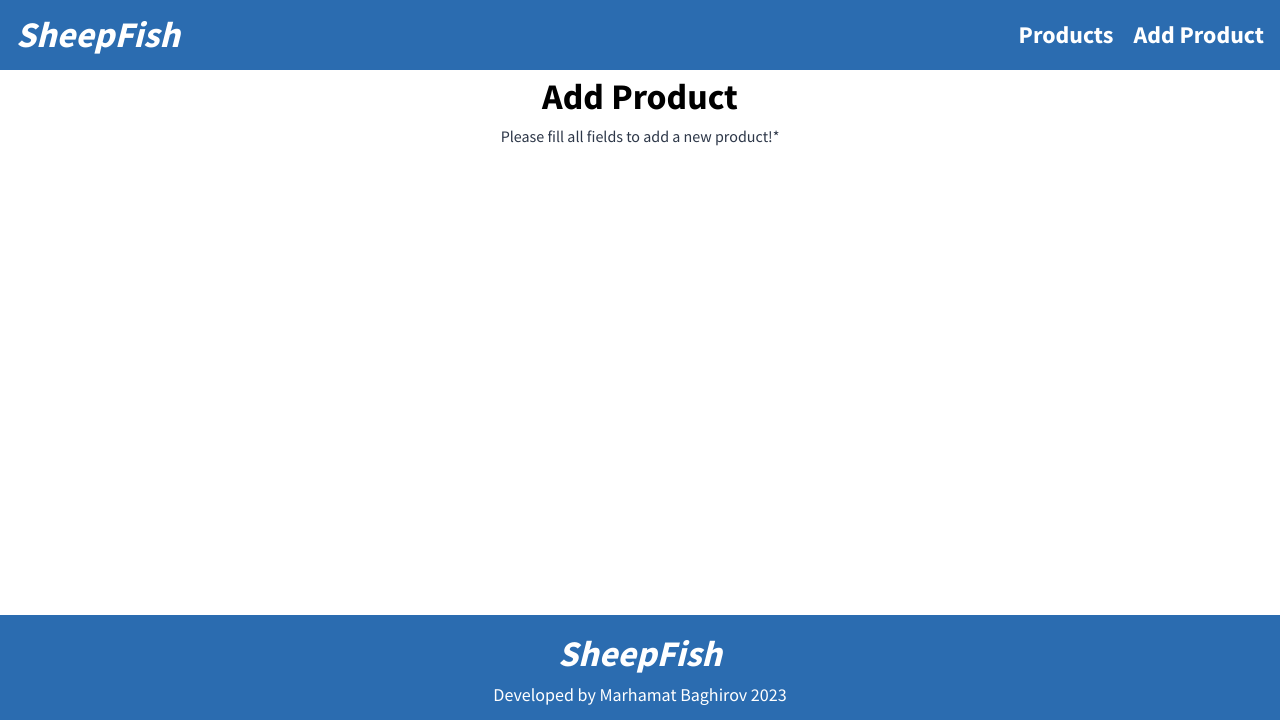
Repository: Marhamat92/sheep-fish-task
Page: /products/add
These files come from the project's save history. The page is drawn as it stood at one moment and after the next save; the edit follows.
The browser window is 1280 px wide. The pictures show the whole page.
The project was rebuilt for these pictures with package versions that can differ from the ones it lists, and the page was loaded fresh each time. Also part of the build but not shown: src/App.css, src/components/SearchField.tsx, src/components/ListTable.tsx, src/pages/Products/ProductList.tsx.

Above is the page before, as saved 2023-03-28 19:39:39.

### public/index.html
<!DOCTYPE html>
<html lang="en">

<head>
  <meta charset="utf-8" />
  <link rel="icon" href="%PUBLIC_URL%/favicon.ico" />
  <meta name="viewport" content="width=device-width, initial-scale=1" />
  <meta name="theme-color" content="#000000" />
  <meta name="description" content="Web site created using create-react-app" />
  <link rel="apple-touch-icon" href="%PUBLIC_URL%/logo192.png" />
  <link rel="preconnect" href="https://fonts.googleapis.com">
  <link rel="preconnect" href="https://fonts.gstatic.com" crossorigin>
  <link href="https://fonts.googleapis.com/css2?family=Source+Sans+Pro:wght@200;300;400;600;700;900&display=swap"
    rel="stylesheet">
  <!--
      manifest.json provides metadata used when your web app is installed on a
      user's mobile device or desktop. See https://developers.google.com/web/fundamentals/web-app-manifest/
    -->
  <link rel="manifest" href="%PUBLIC_URL%/manifest.json" />
  <!--
      Notice the use of %PUBLIC_URL% in the tags above.
      It will be replaced with the URL of the `public` folder during the build.
      Only files inside the `public` folder can be referenced from the HTML.

      Unlike "/favicon.ico" or "favicon.ico", "%PUBLIC_URL%/favicon.ico" will
      work correctly both with client-side routing and a non-root public URL.
      Learn how to configure a non-root public URL by running `npm run build`.
    -->
  <title>SheepFish</title>
</head>

<body>
  <noscript>You need to enable JavaScript to run this app.</noscript>
  <div id="root"></div>
  <!--
      This HTML file is a template.
      If you open it directly in the browser, you will see an empty page.

      You can add webfonts, meta tags, or analytics to this file.
      The build step will place the bundled scripts into the <body> tag.

      To begin the development, run `npm start` or `yarn start`.
      To create a production bundle, use `npm run build` or `yarn build`.
    -->
</body>

</html>

### src/index.css
@tailwind base;
@tailwind components;
@tailwind utilities;


body {
  font-family: 'Source Sans Pro', sans-serif;
}

code {
  font-family: 'Source Sans Pro', sans-serif;
}

### src/App.tsx
import React from "react";
import logo from "./logo.svg";
import "./App.css";
import Header from "./components/Header";
import Layout from "./Layout/Layout";
import BaseRouter from "./routes";

function App() {
  return (
    <div>
      <Layout>
        <BaseRouter />
      </Layout>
    </div>
  );
}

export default App;

### src/Layout/Layout.tsx
import React from "react";
import Header from "../components/Header";
import Footer from "../components/Footer";

type Props = {
  children: React.ReactNode;
};

const Layout = ({ children }: Props) => {
  return (
    <div>
      <Header />
      {children}
      <Footer />
    </div>
  );
};

export default Layout;

### src/routes.js
import { Route, Routes } from "react-router-dom";
import React from "react";
import ProductList from "./pages/Products/ProductList";
import AddProduct from "./pages/Products/AddProduct";

const BaseRouter = () => (
  <Routes>
    <Route exact path="/" element={
      <ProductList />
    } />
    <Route exact path="/products"
      element={
        <ProductList />
      }
    />
    <Route exact path="/products/add" element={
      <AddProduct />
    } />
  </Routes>
);

export default BaseRouter;

### src/components/Header.tsx
import React, { useEffect, useState } from "react";
import { Link } from "react-router-dom";
import { BiMenu } from "react-icons/bi";

type Props = {};

const Header = (props: Props) => {
  const [mobileMenu, setMobileMenu] = useState(false);
  const [showMobileMenu, setShowMobileMenu] = useState(false);

  const checkScreenSize = () => {
    if (window.innerWidth <= 768) {
      setMobileMenu(true);
    } else {
      setMobileMenu(false);
      setShowMobileMenu(false);
    }
  };

  useEffect(() => {
    checkScreenSize();
    window.addEventListener("resize", checkScreenSize);
    return () => {
      window.removeEventListener("resize", checkScreenSize);
    };
  }, [mobileMenu]);

  return (
    <div className=' bg-mainPrimary '>
      <div className='container flex flex-row justify-between items-center py-2'>
        <div>
          <h1
            className='
            text-4xl font-bold text-white italic
          '
          >
            SheepFish
          </h1>
        </div>
        {mobileMenu ? (
          <BiMenu
            onClick={() => {
              setShowMobileMenu(true);
            }}
            className='text-3xl text-white'
          />
        ) : (
          <div className='flex flex-row justify-between space-x-5'>
            <Link to='/products'>
              <div
                className='text-2xl font-bold text-white hover:underline transition-all duration-300
          cursor-pointer'
              >
                Products
              </div>
            </Link>
            <Link to='/products/add'>
              <div className='text-2xl font-bold text-white hover:underline transition-all duration-300 cursor-pointer'>
                Add Product
              </div>
            </Link>
          </div>
        )}
        {showMobileMenu && (
          <div className='bg-mainTertiary h-screen absolute top-0 left-0 right-0 '>
            <div className='flex flex-col justify-center items-center'>
              <div className='text-2xl font-bold text-white hover:underline transition-all duration-300 cursor-pointer'>
                Products
              </div>
              <div className='text-2xl font-bold text-white hover:underline transition-all duration-300 cursor-pointer'>
                Add Product
              </div>
            </div>
          </div>
        )}
      </div>
    </div>
  );
};

export default Header;

### src/components/Footer.tsx
import React from "react";

type Props = {};

const Footer = ({}: Props) => {
  return (
    <div className='bg-mainPrimary py-3 absolute bottom-0 w-full'>
      <div className='container mx-auto flex flex-col items-center justify-center'>
        <h1 className='text-4xl font-bold text-white italic text-center'>
          SheepFish
        </h1>
        <p className='text-white font-regular text-lg text-center'>
          Developed by Marhamat Baghirov {new Date().getFullYear()}
        </p>
      </div>
    </div>
  );
};

export default Footer;

### src/pages/Products/AddProduct.tsx
import React from "react";

type Props = {};

const AddProduct = (props: Props) => {
  return (
    <div>
      <div className='flex flex-col items-center justify-center '>
        <h1 className='text-4xl font-bold'>Add Product</h1>
        <p className='text-textSecondary'>
          Please fill all fields to add a new product!*
        </p>
      </div>
    </div>
  );
};

export default AddProduct;

### tailwind.config.js
/** @type {import('tailwindcss').Config} */
module.exports = {
  content: ["./src/**/*.{js,jsx,ts,tsx}",],
  theme: {
    extend: {
      colors: {
        "textPrimary": "#1a202c",
        "textSecondary": "#2d3748",
        "textTertiary": "#4a5568",
        "mainPrimary": "#2b6cb0",
        "mainSecondary": "#4299e1",
        "mainTertiary": "#63b3ed",
        "success": "#48bb78",
        "danger": "#e53e3e",
        "warning": "#dd6b20",
        "info": "#3182ce",
        "light": "#f7fafc",
        "dark": "#1a202c",
        "white": "#fff",
        "black": "#000",
        //close this
      },
      fontFamily: {
        sans: ["Roboto", "sans-serif"],
      },
      fontSize: {
        "xs": ".75rem",
        "sm": ".875rem",
        "tiny": ".875rem",
        "base": "1rem",
        "lg": "1.125rem",
        "xl": "1.25rem",
        "2xl": "1.5rem",
        "3xl": "1.875rem",
        "4xl": "2.25rem",
        "5xl": "3rem",
        "6xl": "4rem",
        "7xl": "5rem",
        "8xl": "6rem",
        "9xl": "7rem",
        "10xl": "8rem",
      },
      spacing: {
        "0": "0",
        "1": "0.25rem",
        "2": "0.5rem",
        "3": "0.75rem",
        "4": "1rem",
        "5": "1.25rem",
        "6": "1.5rem",
        "8": "2rem",
      },
      boxShadow: {
        "xs": "0 0 0 1px rgba(0, 0, 0, 0.05)",
        "sm": "0 1px 2px 0 rgba(0, 0, 0, 0.05)",
        "default": "0 1px 3px 0 rgba(0, 0, 0, 0.1), 0 1px 2px 0 rgba(0, 0, 0, 0.06)",
        "md": "0 4px 6px -1px rgba(0, 0, 0, 0.1), 0 2px 4px -1px rgba(0, 0, 0, 0.06)",
        "lg": "0 10px 15px -3px rgba(0, 0, 0, 0.1), 0 4px 6px -2px rgba(0, 0, 0, 0.05)",
        "xl": "0 20px 25px -5px rgba(0, 0, 0, 0.1), 0 10px 10px -5px rgba(0, 0, 0, 0.04)",
        "2xl": "0 25px 50px -12px rgba(0, 0, 0, 0.25)",
      },
      screens: {
        "xs": "320px",
        "sm": "640px",
        "md": "768px",
        "lg": "1024px",
        "xl": "1280px",
        "2xl": "1536px",
      },

      container: {
        center: true,
        padding: "1rem",
      },

    },
    plugins: [




    ],
  }
}

Loaded but not shown: src/index.tsx (common file); src/reportWebVitals.ts (common file)

After the next save:
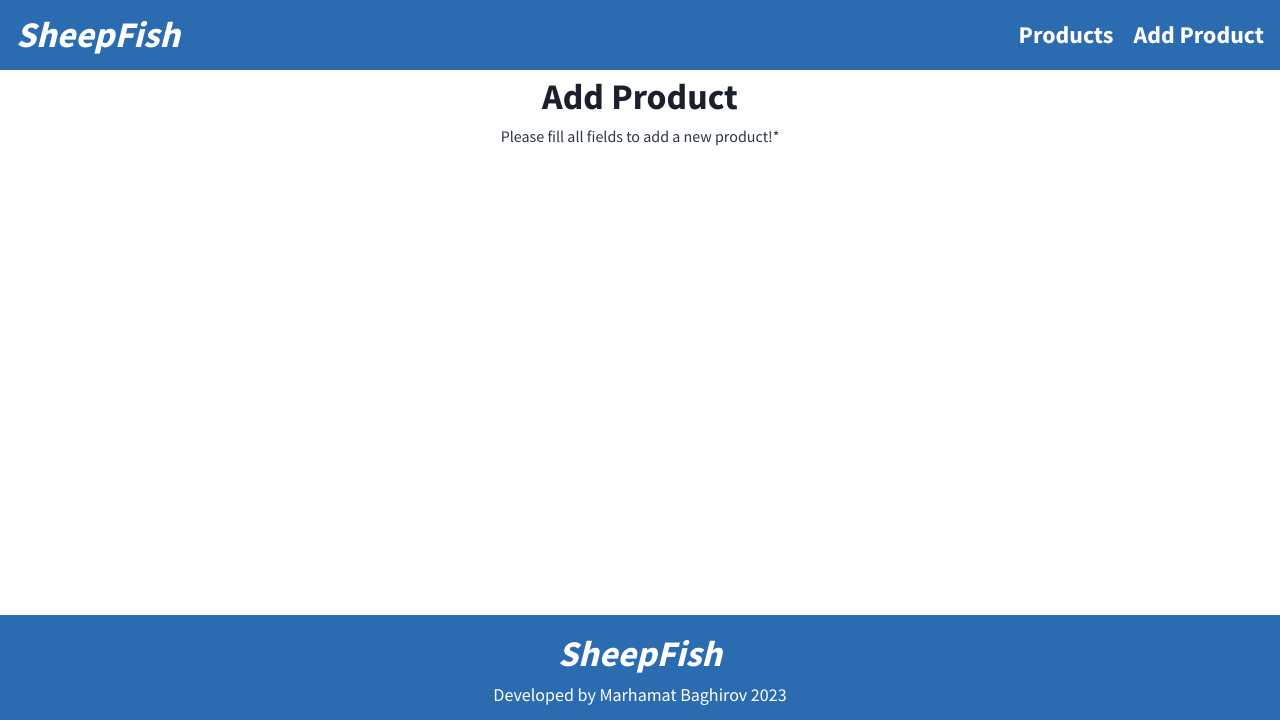
Saved 14 s later.
--- a/src/pages/Products/AddProduct.tsx
+++ b/src/pages/Products/AddProduct.tsx
@@ -6,7 +6,7 @@
   return (
     <div>
       <div className='flex flex-col items-center justify-center '>
-        <h1 className='text-4xl font-bold'>Add Product</h1>
+        <h1 className='text-4xl font-bold text-textPrimary'>Add Product</h1>
         <p className='text-textSecondary'>
           Please fill all fields to add a new product!*
         </p>
